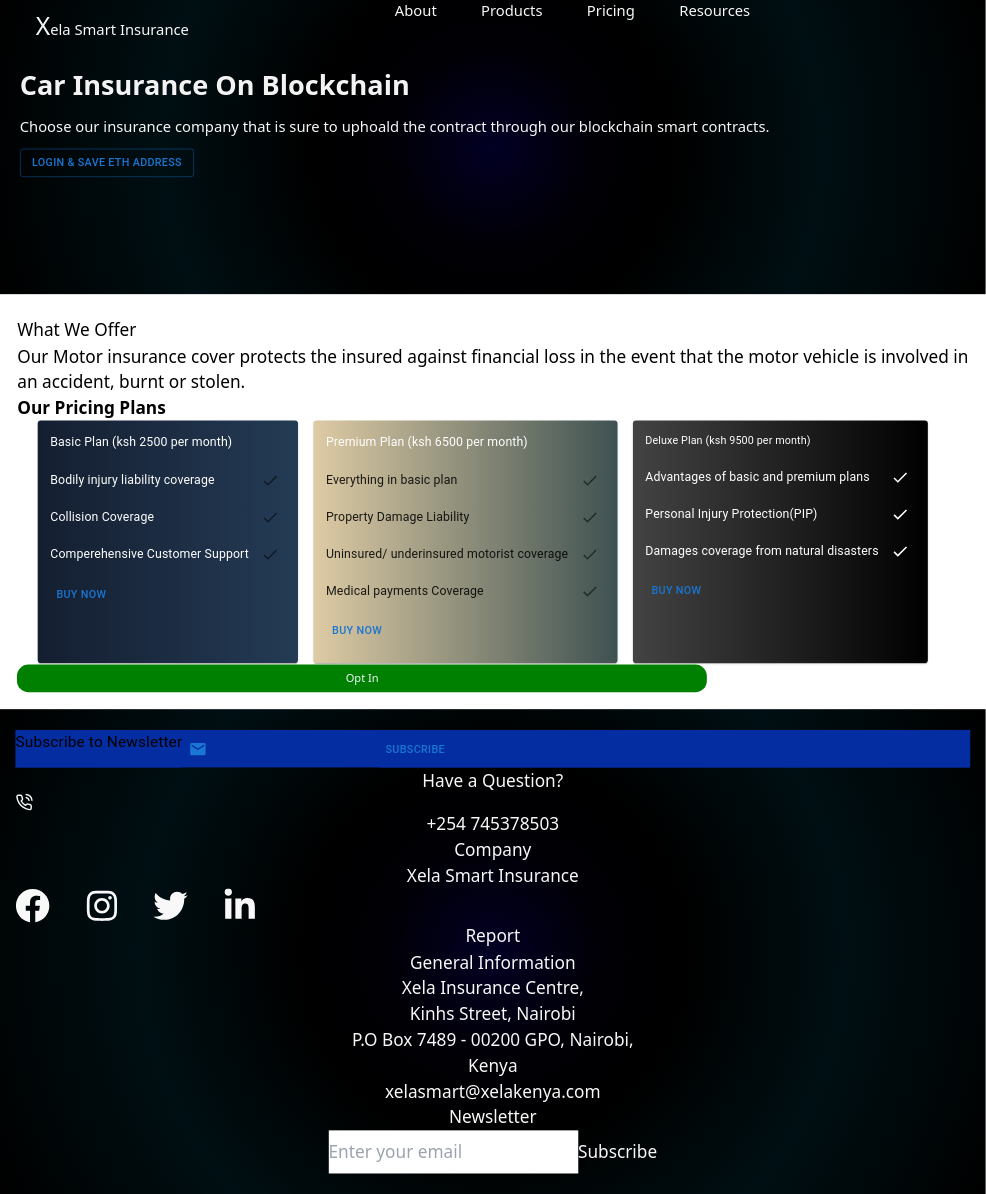
Repository: ALVIN-OBONYO/Xela-smart_insuarance
Page: / (app in frontend/)
The author's editor kept a copy of each file at every save. The page is drawn from the files as they stood at one save, then again after the next save.
The browser window is 1280 px wide. The pictures show the whole page, at 77% of full size.
The project was rebuilt for these pictures with package versions that can differ from the ones it lists, and the page was loaded fresh each time. Also part of the build but not shown: frontend/src/Pages/Policies.jsx, frontend/src/Components/Calendar.css, frontend/src/Components/Calendar.jsx, frontend/src/Components/Input.js, frontend/src/Components/Upload.css, frontend/src/Components/Upload.js, frontend/src/Pages/ReportForm.jsx, frontend/src/Pages/Report.jsx and 2 more.

Above is the page before, as saved 2022-10-04 08:12:16.

After the next save:
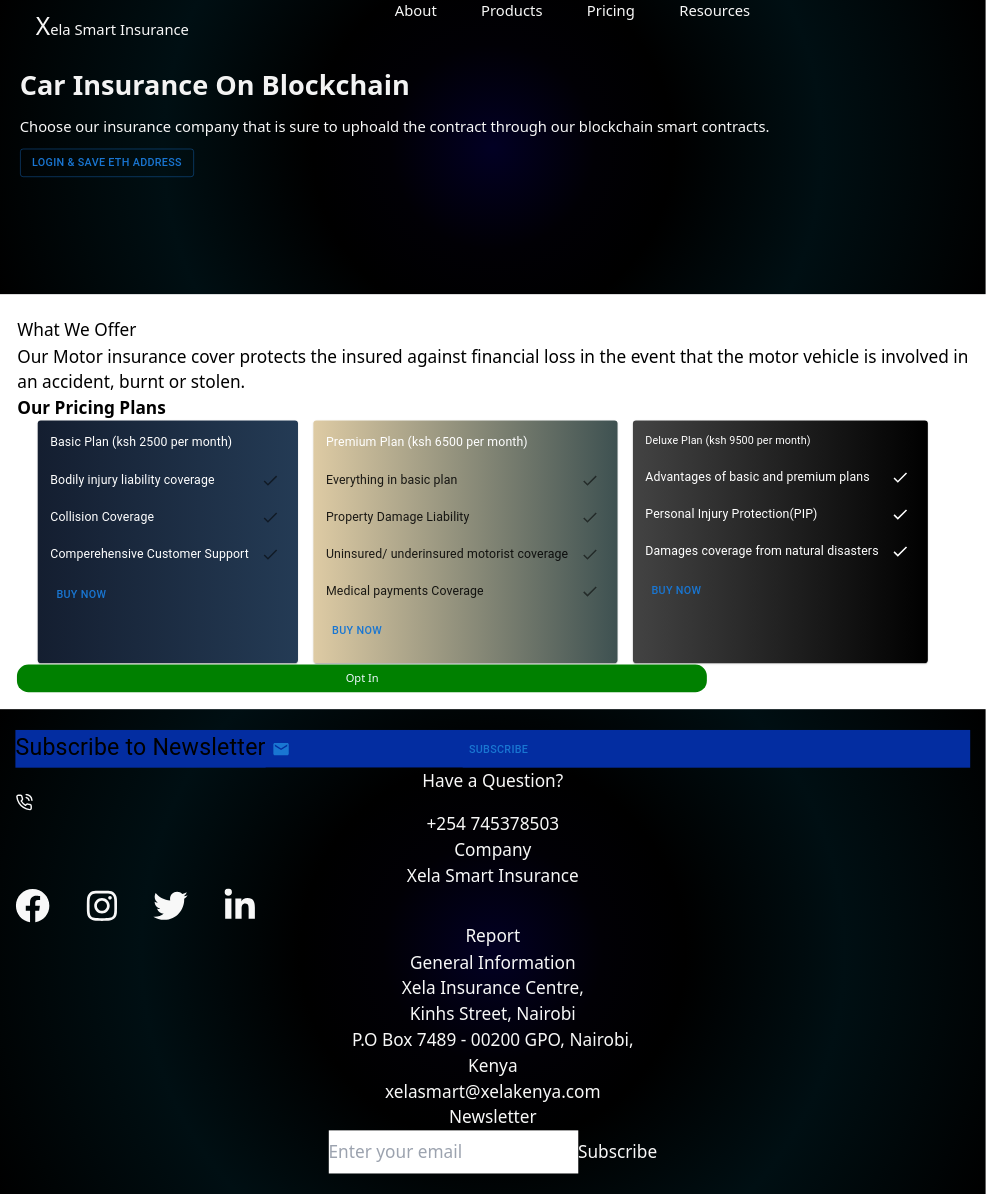
Saved 15 s later.
--- a/frontend/src/Pages/Entrypage.jsx
+++ b/frontend/src/Pages/Entrypage.jsx
@@ -119,7 +119,7 @@ const Entrypage = () => {
         </div>
         <div id="land-footer">
             <div className="news-mail">
-                <Typography sx={{fontSize: 20}}>Subscribe to Newsletter</Typography>
+                <Typography sx={{fontSize: 30}}>Subscribe to Newsletter</Typography>
 
                      <TextField
                        variant="standard"
